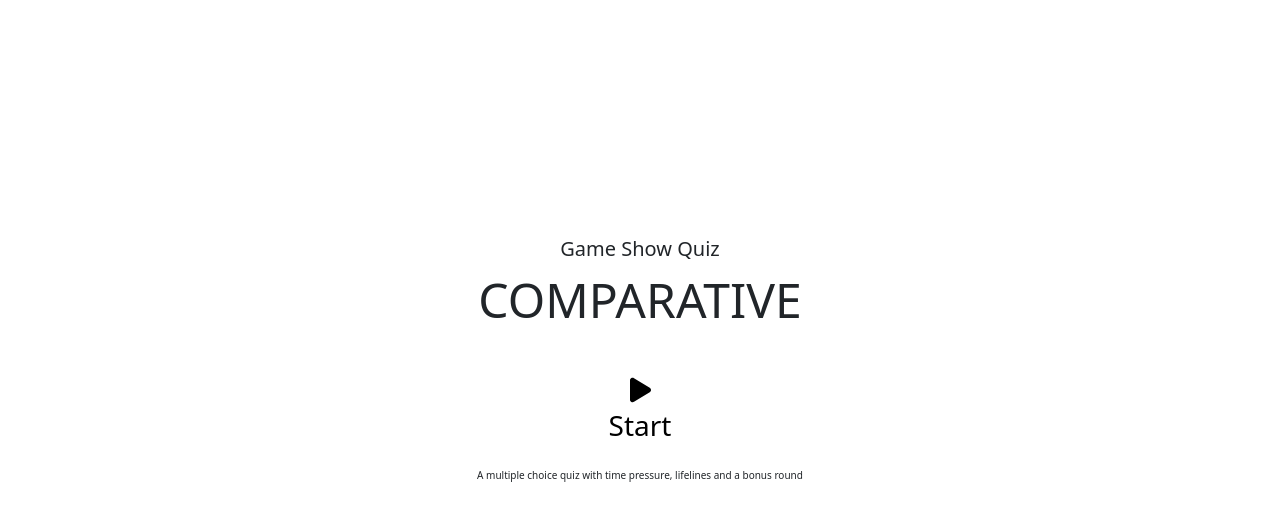
Repository: litaiqiang1407/comparative-gq
Page: /
These files come from the project's save history. The page is drawn as it stood at one moment and after the next save; the edit follows.
The browser window is 1280 px wide. The pictures show the whole page.
The project was rebuilt for these pictures with package versions that can differ from the ones it lists, and the page was loaded fresh each time. Also part of the build but not shown: vue.config.js.

Above is the page before, as saved 2024-06-20 19:52:37.

After the next save:
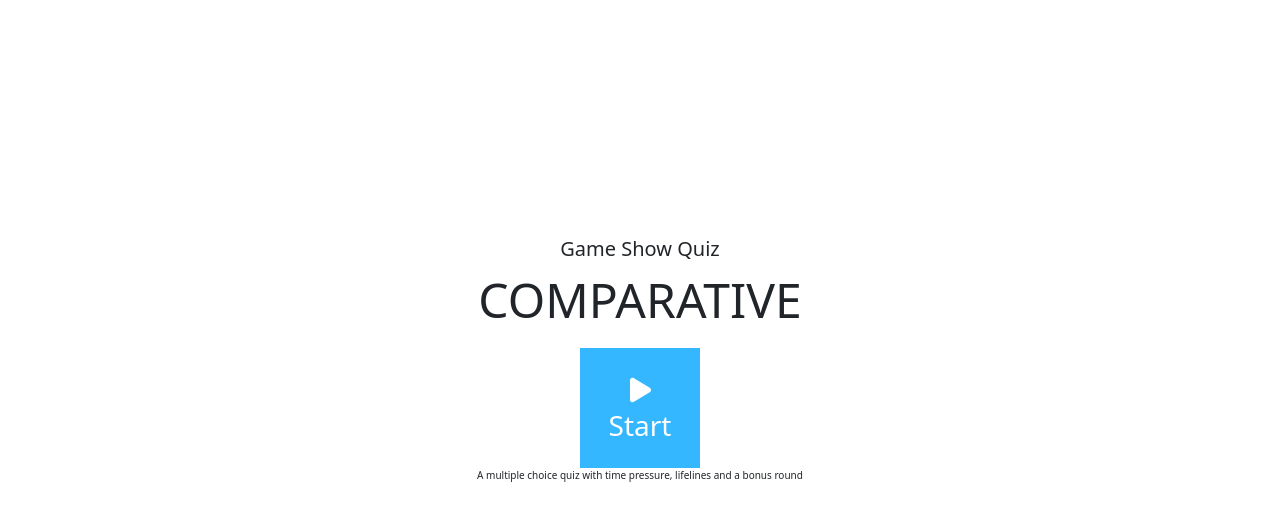
Saved 29 s later.
--- a/src/assets/styles/GlobalStyles.scss
+++ b/src/assets/styles/GlobalStyles.scss
@@ -1,8 +1,10 @@
 @import "normalize.css";
 @import url("https://fonts.googleapis.com/css2?family=Rubik:ital,wght@0,300..900;1,300..900&display=swap");
 
-$primary-color: #35b7ff;
-$white: #fff;
+:root {
+  --primary-color: #35b7ff;
+  --white: #fff;
+}
 
 * {
   box-sizing: border-box;
